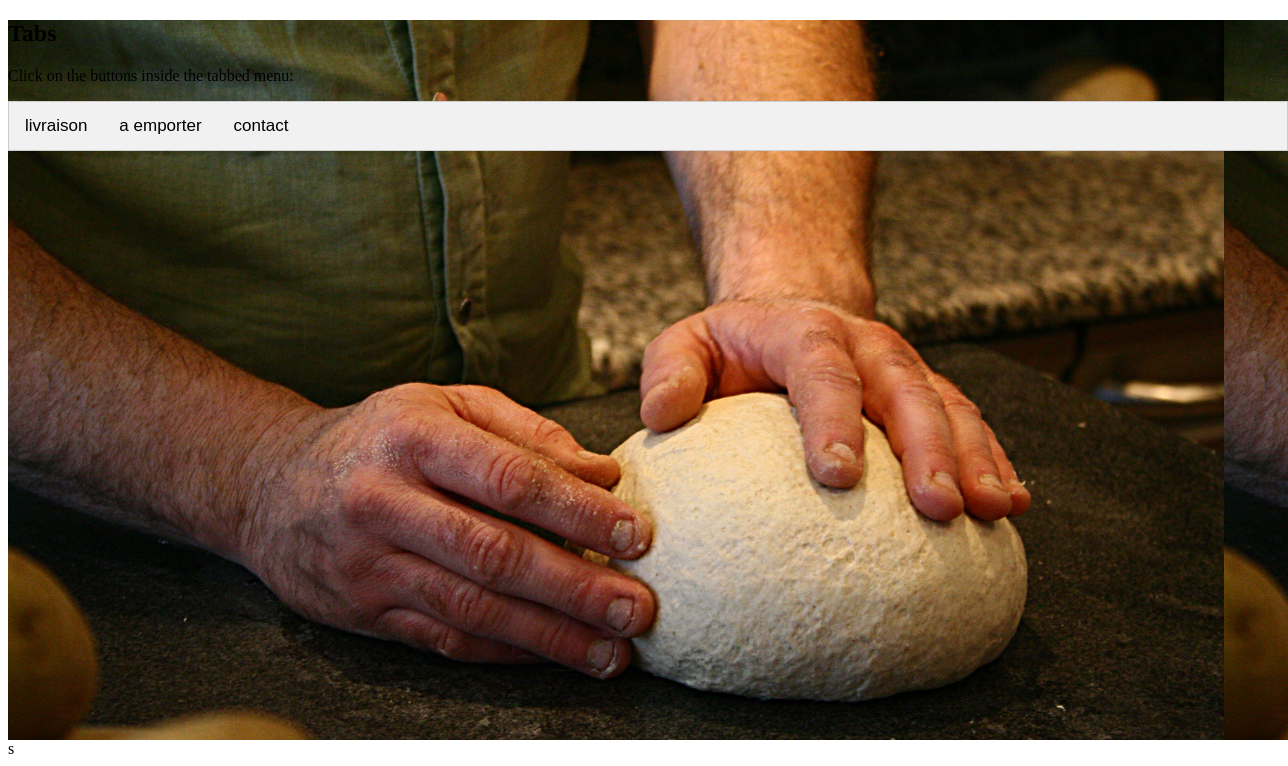
Repository: dev84-unalien/pippo_pizza
Page: admin.html
These files come from the project's save history. The page is drawn as it stood at one moment and after the next save; the edit follows.
The browser window is 1280 px wide. The page is 1288 px wide, so the pictures cover 1288 px, including what lies to the right of the window. The pictures show the whole page.

Above is the page before, as saved 2019-09-09 12:13:50.

After the next save:
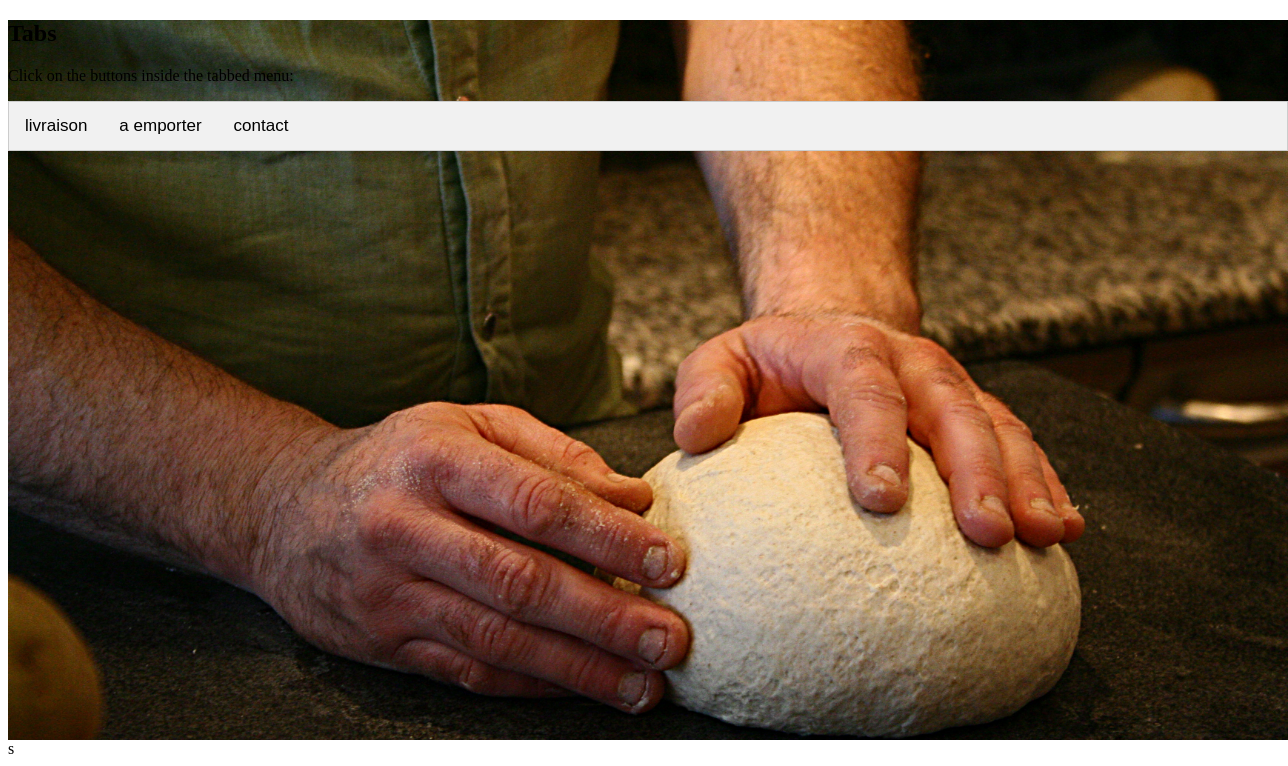
Saved 27 s later.
--- a/admin.css
+++ b/admin.css
@@ -3,7 +3,7 @@
   width: 100vw;
   background-image: url("images/ajoutpizza.jpg");
   justify-content: cover;
-  background-size: 95vw;
+  background-size: 100vw;
 
 }
 
